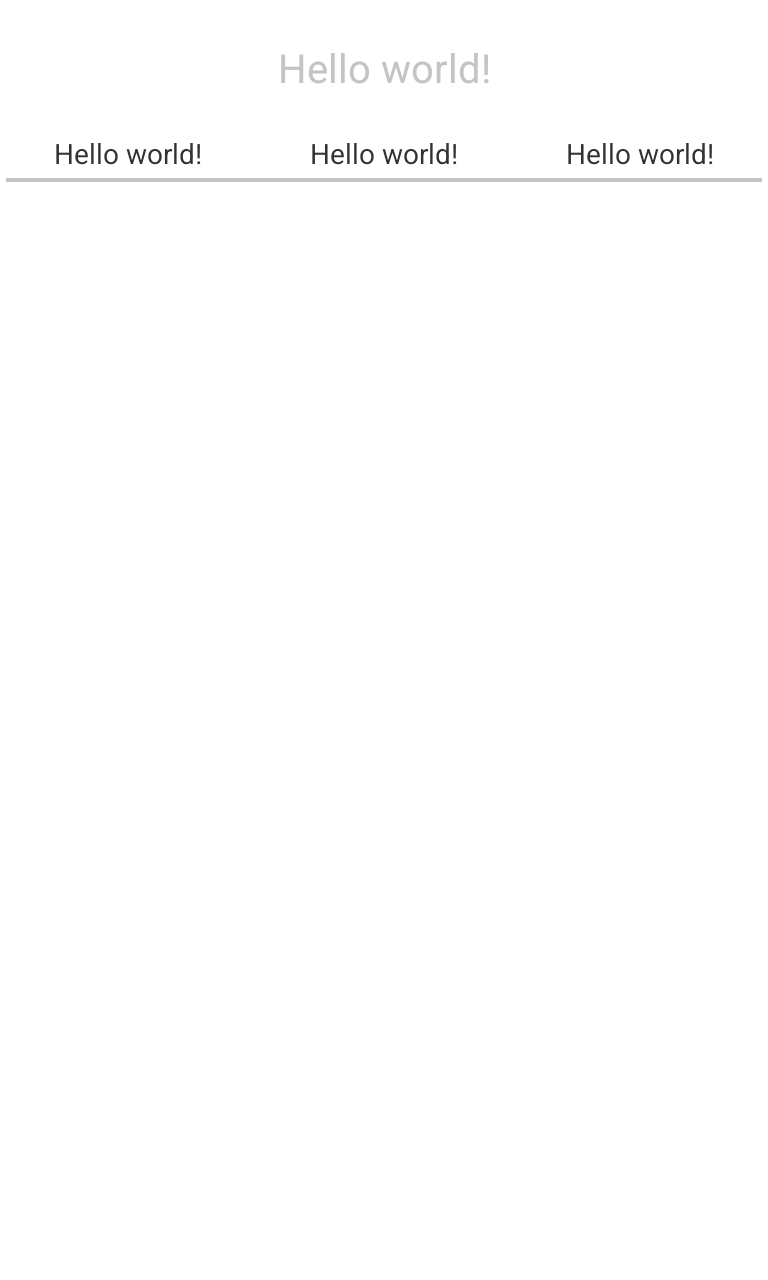
Repository: colincove/IAT381-Android
Layout: ColinCove_Assignment02/res/layout/activity_sensor_info.xml
These files come from the project's save history. The layout is drawn as it stood at one moment and after a run of saves; the edit follows.
It is drawn on a 768 x 1280 px phone screen (xhdpi) without system bars, with theme AppTheme; the app's code is not run.

Above is the layout before, as saved 2013-10-04 19:00:23.

### ColinCove_Assignment02/res/layout/activity_sensor_info.xml
<?xml version="1.0" encoding="utf-8"?>
<TableLayout xmlns:android="http://schemas.android.com/apk/res/android"
    android:layout_width="fill_parent"
    android:layout_height="fill_parent"
    android:orientation="vertical"
    android:id="@id/sensor_display_layout"
    android:stretchColumns="*"
     android:shrinkColumns="*"
     >
    <TableRow android:layout_width="wrap_content"
        android:layout_height="wrap_content"
        >
        <TextView
  android:textColor="@color/low_contrast"
  android:layout_marginTop="20dip"
  android:layout_marginBottom="20dip"
            android:textSize="20sp"
            android:gravity="center"
           android:layout_span="3"
        android:layout_width="wrap_content"
        android:layout_height="wrap_content"
        android:text="@string/hello_world" />
    </TableRow>
      <TableRow android:layout_width="fill_parent"
        android:layout_height="wrap_content">
        <TextView
            android:gravity="center"
            android:layout_span="1"
        android:layout_width="wrap_content"
        android:layout_height="wrap_content"
        android:text="@string/hello_world" />
        <TextView
            android:gravity="center"
            android:layout_span="1"
        android:layout_width="wrap_content"
        android:layout_height="wrap_content"
        android:text="@string/hello_world" />
        <TextView
            android:gravity="center"
            android:layout_span="1"
        android:layout_width="wrap_content"
        android:layout_height="wrap_content"
        android:text="@string/hello_world" />
    </TableRow>
    <View
        android:layout_height="2dip"
        android:layout_margin="3dip"
        android:background="@color/low_contrast" />
</TableLayout>

### ColinCove_Assignment02/res/values/colors.xml
<?xml version="1.0" encoding="utf-8"?>
<resources>
    <color name="low_contrast" >#c4c4c4</color>
    <color name="heigh_contrast" >#000000</color>
</resources>

### ColinCove_Assignment02/res/values/strings.xml
<?xml version="1.0" encoding="utf-8"?>
<resources>

    <string name="app_name">ColinCove_Assignment02</string>
    <string name="action_settings">Settings</string>
    <string name="hello_world">Hello world!</string>
    <string name="test_btn">My Test Button</string>
    <!-- Sensor Info Titles -->
    <string name="resolution_title">Sensor Resolution</string>
    <string name="max_range_title">Max Range</string>
    <string name="min_delay_title">Min Range</string>
    <string name="power_title">Power</string>
<string name="type_title">Type</string>
<string name="vendor_title">Vendor</string>
<string name="version_title">Version</string>
</resources>

Loaded but not shown: ColinCove_Assignment02/res/values/styles.xml (common file); ColinCove_Assignment02/res/values-v11/styles.xml (common file); ColinCove_Assignment02/res/values-v14/styles.xml (common file)

After the next 3 saves:
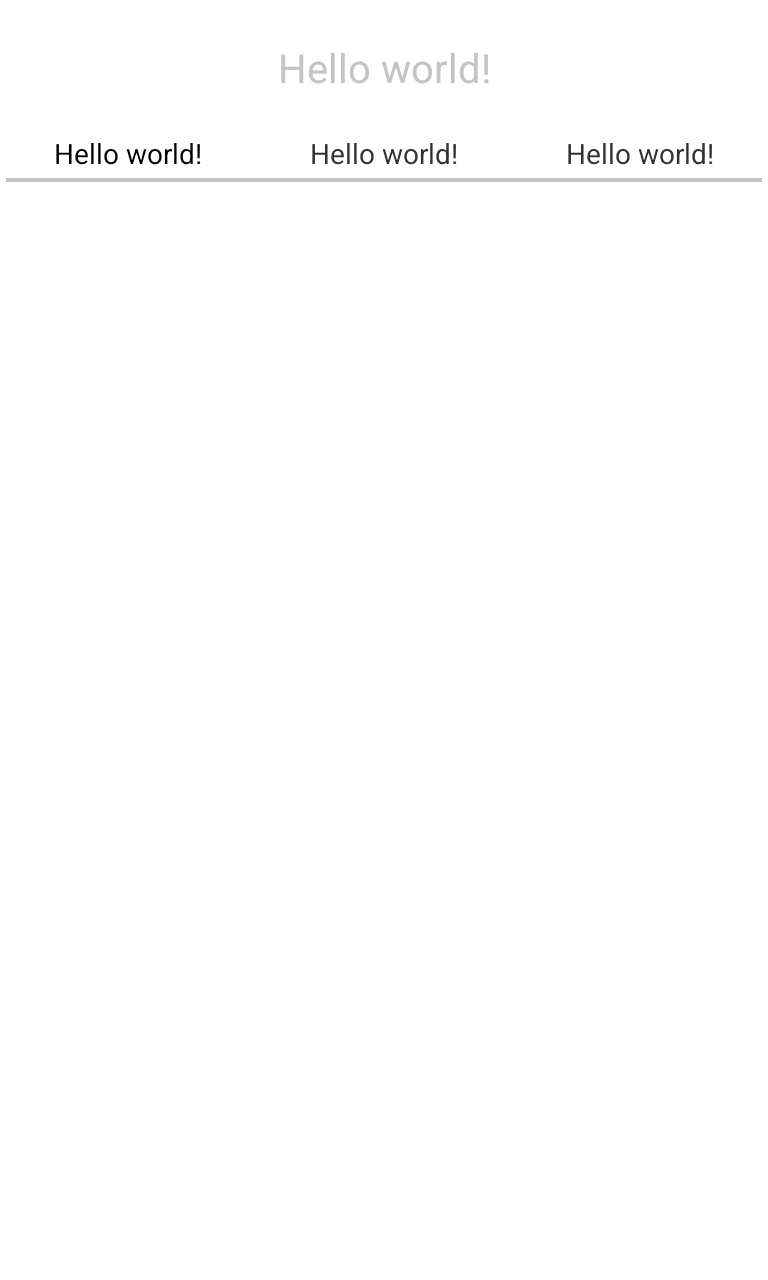
The 3 saves are shown as one change because they came seconds apart.
The last was saved 23 s later.
--- a/ColinCove_Assignment02/res/layout/activity_sensor_info.xml
+++ b/ColinCove_Assignment02/res/layout/activity_sensor_info.xml
@@ -24,6 +24,7 @@
       <TableRow android:layout_width="fill_parent"
         android:layout_height="wrap_content">
         <TextView
+            android:textColor="@color/heigh_contrast"
             android:gravity="center"
             android:layout_span="1"
         android:layout_width="wrap_content"
